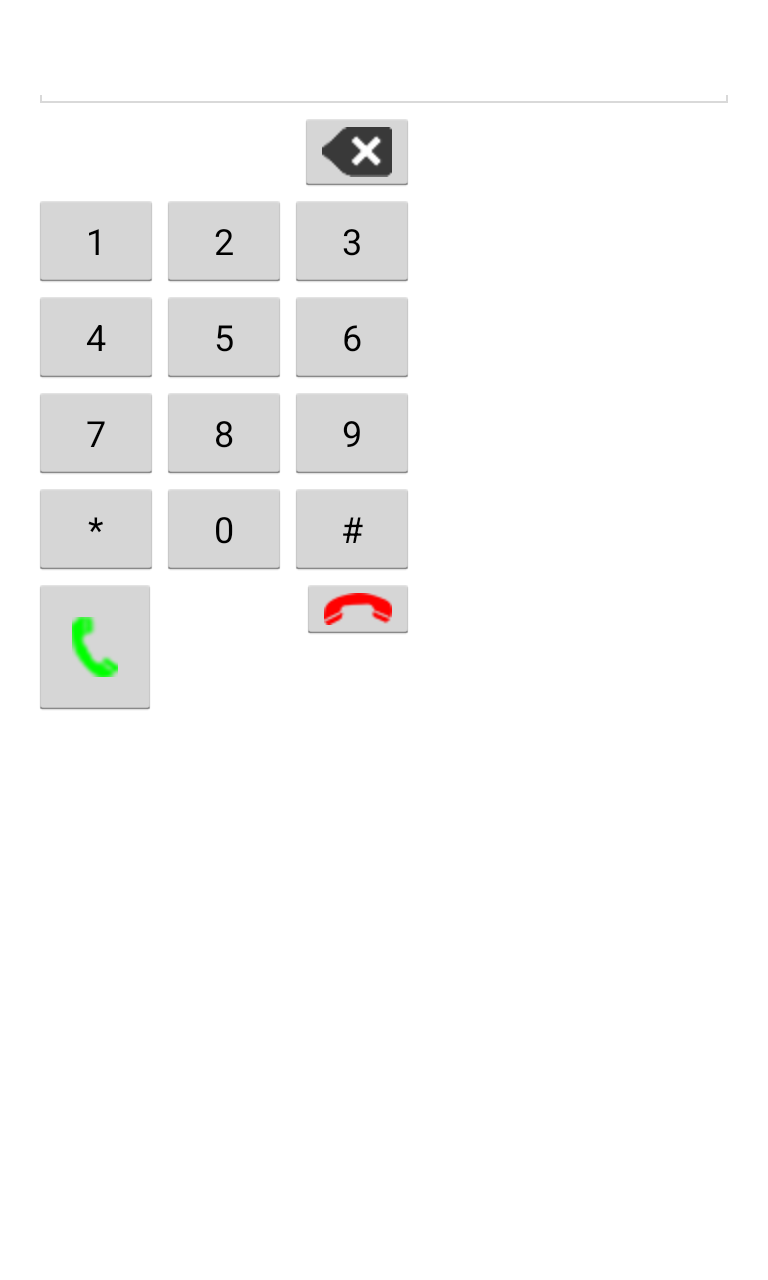
Repository: andreeastoican/Laborator03
Layout: PhoneDialer/res/layout/activity_phone_dialer.xml
An editor plug-in stored every save of this project. The layout is shown before and after the next save, followed by the edit.
It is drawn on a 768 x 1280 px phone screen (xhdpi) without system bars, with theme AppTheme; the app's code is not run.

Above is the layout before, as saved 2015-03-10 10:06:04.

### PhoneDialer/res/layout/activity_phone_dialer.xml
<LinearLayout xmlns:android="http://schemas.android.com/apk/res/android"
    xmlns:tools="http://schemas.android.com/tools"
    android:layout_width="match_parent"
    android:layout_height="match_parent"
    android:paddingBottom="@dimen/activity_vertical_margin"
    android:paddingLeft="@dimen/activity_horizontal_margin"
    android:paddingRight="@dimen/activity_horizontal_margin"
    android:paddingTop="@dimen/activity_vertical_margin"
    android:orientation="vertical"
    tools:context="ro.pub.cs.systems.pdsd.lab03.phonedialer.PhoneDialerActivity" >

    <EditText
        android:id="@+id/id_edit_text"
		android:layout_width="fill_parent"
	    android:layout_height="wrap_content"
	    android:ems="10"
	    android:inputType="text"
	    android:enabled="false"
        />

    <GridLayout
	    android:id="@+id/GridLayout1"
	    android:layout_width="wrap_content"
	    android:layout_height="wrap_content"
	    tools:context=".GridXMLActivity"
	    android:rowCount="6"
	    android:columnCount="3" >

        <ImageButton
        android:id="@+id/id_img_button"
        android:layout_width="wrap_content"
        android:layout_height="wrap_content"
        android:src="@drawable/backspace"
        android:layout_below="@id/id_edit_text"
        android:layout_alignParentRight="true"
        android:layout_gravity="right"
		android:layout_columnSpan="3"
    	/>

        <Button
			    android:id="@+id/id1"
		    android:layout_width="wrap_content"
	        android:layout_height="wrap_content"
	        android:text="1"
		    />
		<Button
		    android:id="@+id/id2"
		    android:layout_width="wrap_content"
	        android:layout_height="wrap_content"
	        android:text="2"
		    />
		<Button
		    android:id="@+id/id3"
		    android:layout_width="wrap_content"
	        android:layout_height="wrap_content"
	        android:text="3"
		    />
		<Button
		    android:id="@+id/id4"
		    android:layout_width="wrap_content"
	        android:layout_height="wrap_content"
	        android:text="4"
		    />
		<Button
		    android:id="@+id/id5"
		    android:layout_width="wrap_content"
	        android:layout_height="wrap_content"
	        android:text="5"
		    />
		<Button
		    android:id="@+id/id6"
		    android:layout_width="wrap_content"
	        android:layout_height="wrap_content"
	        android:text="6"
		    />

		<Button
		    android:id="@+id/id7"
		    android:layout_width="wrap_content"
	        android:layout_height="wrap_content"
	        android:text="7"
		    />
		<Button
		    android:id="@+id/id8"
		    android:layout_width="wrap_content"
	        android:layout_height="wrap_content"
	        android:text="8"
		    />
		<Button
		    android:id="@+id/id9"
		    android:layout_width="wrap_content"
	        android:layout_height="wrap_content"
	        android:text="9"
		    />

		<Button
		    android:id="@+id/id10"
		    android:layout_width="wrap_content"
	        android:layout_height="wrap_content"
	        android:text="*"
		    />
		<Button
		    android:id="@+id/id0"
		    android:layout_width="wrap_content"
	        android:layout_height="wrap_content"
	        android:text="0"
		    />
		<Button
		    android:id="@+id/id11"
		    android:layout_width="wrap_content"
	        android:layout_height="wrap_content"
	        android:text="#"
		    />

		<ImageButton
		    android:id="@+id/img_on"
		    android:layout_width="wrap_content"
	        android:layout_height="wrap_content"
	        android:src="@drawable/call"
	        android:padding="20dp"
		    />

		<ImageButton
		    android:id="@+id/img_off"
		    android:layout_width="wrap_content"
	        android:layout_height="wrap_content"
	        android:text="#"
	        android:layout_toRightOf="@id/img_on"
	        android:src="@drawable/hangup"
	        android:layout_columnSpan="2"
	        android:layout_gravity="right"
		    />
    </GridLayout>
    "

</LinearLayout>

Loaded but not shown: PhoneDialer/res/values/styles.xml (common file); PhoneDialer/res/values-v11/styles.xml (common file); PhoneDialer/res/values-v14/styles.xml (common file); PhoneDialer/res/values/dimens.xml (common file); PhoneDialer/res/values-w820dp/dimens.xml (common file)

After the next save:
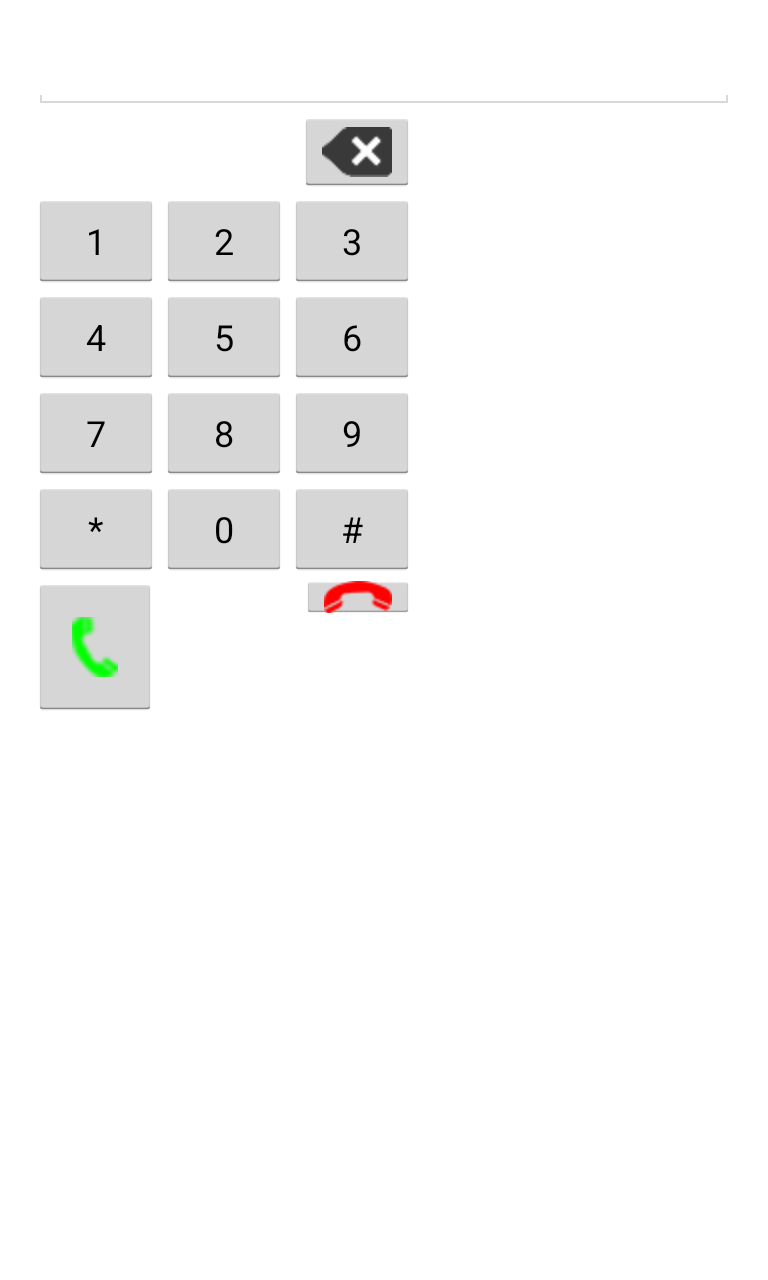
Saved 23 s later.
--- a/PhoneDialer/res/layout/activity_phone_dialer.xml
+++ b/PhoneDialer/res/layout/activity_phone_dialer.xml
@@ -129,6 +129,7 @@
 	        android:src="@drawable/hangup"
 	        android:layout_columnSpan="2"
 	        android:layout_gravity="right"
+	        android:layout_height="20dp"
 		    />
     </GridLayout>
     "

After the 2 saves that followed:
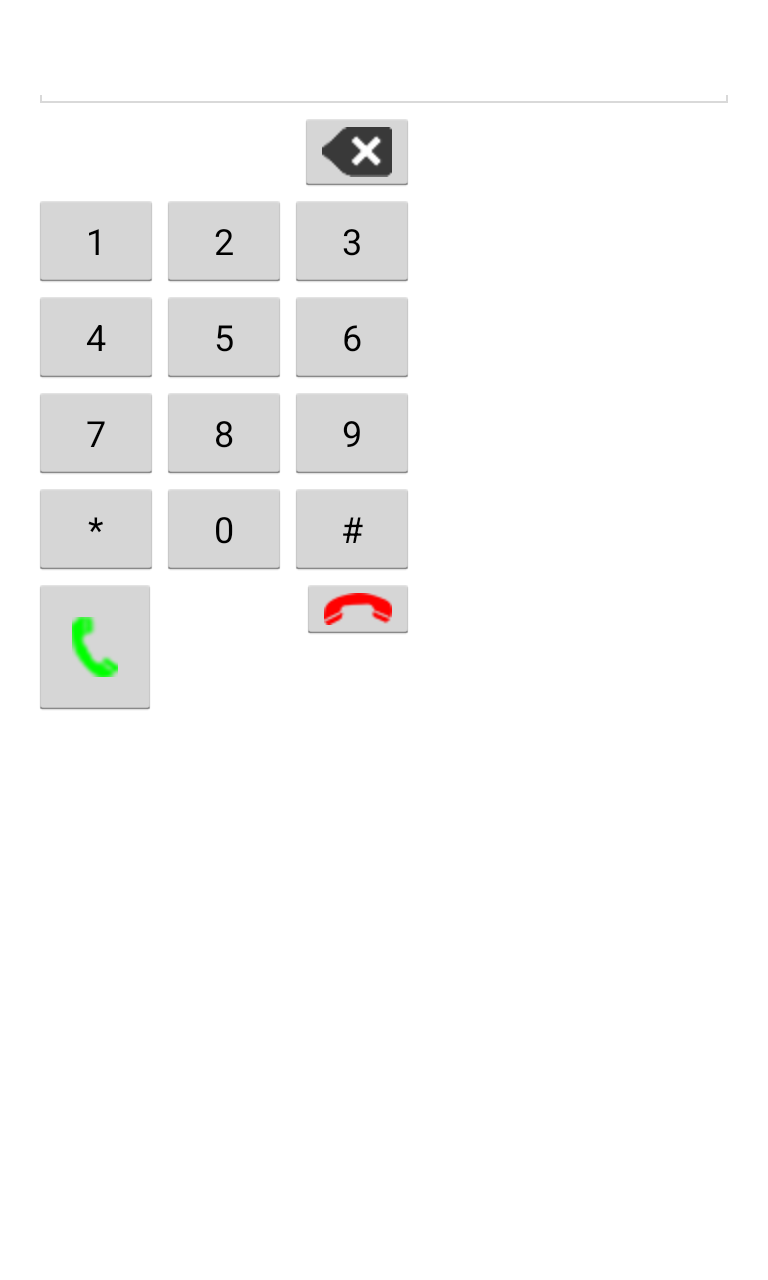
The 2 saves are shown as one change because they came seconds apart.
The last was saved 67 s later.
--- a/PhoneDialer/res/layout/activity_phone_dialer.xml
+++ b/PhoneDialer/res/layout/activity_phone_dialer.xml
@@ -129,7 +129,7 @@
 	        android:src="@drawable/hangup"
 	        android:layout_columnSpan="2"
 	        android:layout_gravity="right"
-	        android:layout_height="20dp"
+
 		    />
     </GridLayout>
     "
